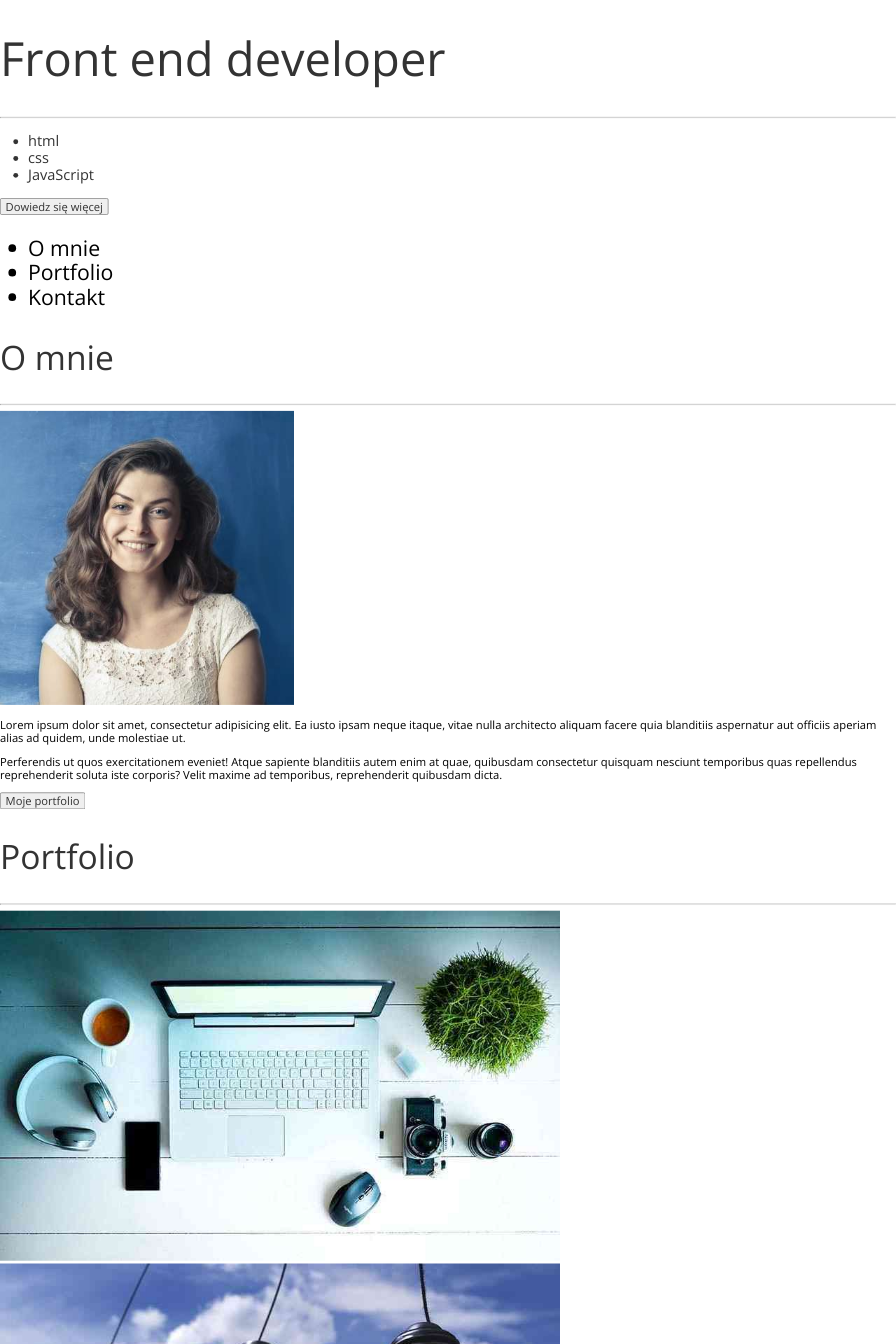
Repository: magdaf41/CSS
Page: zadanie_9/index.html
These files come from the project's save history. The page is drawn as it stood at one moment and after the next save; the edit follows.
The browser window is 1280 px wide. The pictures show the part of the page from y = 0 to 1920 px (the page is 7605 px tall before and 7542 px after), at 70% of full size.

Above is the page before, as saved 2020-08-25 20:16:37.

### zadanie_9/index.html
<!DOCTYPE html>
<html lang="pl">

<head>
    <meta charset="UTF-8">
    <meta name="viewport" content="width=device-width, initial-scale=1.0">
    <title>Portfolio</title>
    <link rel="stylesheet" href="css/normalize.css">

    <link rel="stylesheet" href="https://cdnjs.cloudflare.com/ajax/libs/font-awesome/4.7.0/css/font-awesome.min.css">

    <link href="https://fonts.googleapis.com/css2?family=Open+Sans:wght@300;400&display=swap" rel="stylesheet">

    <link rel="stylesheet" href="css/style.css">
</head>

<body>
    <header id="header">
        <h1>Front end developer</h1>
        <hr>
        <ul class="skills">
            <li>html</li>
            <li>css</li>
            <li>JavaScript</li>
        </ul>
        <button class="button">Dowiedz się więcej</button>
    </header>

    <nav>
        <ul class="menu">
            <li id="aboutMe">O mnie </li>
            <li id="portfolio">Portfolio</li>
            <li id="contact">Kontakt</li>
        </ul>
    </nav>

    <section id="aboutMe">
        <h2 class="title">O mnie</h2>
        <hr>
        <img src="img/about.jpg" alt="moje_zdjęcie">
        <p>Lorem ipsum dolor sit amet, consectetur adipisicing elit. Ea iusto ipsam neque itaque, vitae nulla architecto
            aliquam facere quia blanditiis aspernatur aut officiis aperiam alias ad quidem, unde molestiae ut.</p>
        <p>Perferendis ut quos exercitationem eveniet! Atque sapiente blanditiis autem enim at quae, quibusdam
            consectetur quisquam nesciunt temporibus quas repellendus reprehenderit soluta iste corporis? Velit maxime
            ad temporibus, reprehenderit quibusdam dicta.</p>
        <button class="button">Moje portfolio</button>

    </section>
    <section id="portfolio">
        <h2 class="title">Portfolio</h2>
        <hr>
        <img src="img/portfolio/photo-1.jpg" alt="photo-1">
        <img src="img/portfolio/photo-2.jpg" alt="photo-2">
        <img src="img/portfolio/photo-3.jpg" alt="photo-3">
        <img src="img/portfolio/photo-4.jpg" alt="photo-4">
        <img src="img/portfolio/photo-5.jpg" alt="photo-5">
        <img src="img/portfolio/photo-6.jpg" alt="photo-6">
        <img src="img/portfolio/photo-7.jpg" alt="photo-7">
        <img src="img/portfolio/photo-8.jpg" alt="photo-8">
        <img src="img/portfolio/photo-9.jpg" alt="photo-9">
        <img src="img/portfolio/photo-10.jpg" alt="photo-10">
        <img src="img/portfolio/photo-11.jpg" alt="photo-11">
        <img src="img/portfolio/photo-12.jpg" alt="photo-12">
    </section>

    <section id="contact"></section>
    <h2 class="title">Kontakt</h2>
    <hr>
    <form class="form">
        <input type="text" name="name" id="name" placeholder="Imię">
        <input type="email" name="email" id="email" placeholder="Email">
        <textarea name="message" id="message" placeholder="Wiadomość"></textarea>
        <button type="submit" class="button">Wyślij wiadomość</button>
    </form>

    <a href="#" class="fa fa-facebook"></a>
    <a href="#" class="fa fa-twitter"></a>

    <footer>
        <p>Copyright&copy; Magdalena Falkowska-Legieć
        <p></p>
    </footer>

</body>

</html>

### zadanie_9/css/style.css
* {
    box-sizing: border-box;
    font-family: 'Open Sans', sans-serif;
        font-weight: 400;
}

hr {
    color: blue;
}

h1{


        font-size: 4.2em;

}
#header{
    color: #333;
}
.button{
    color: #333;
}

.skills{
    font-size: 1.3em;
}
.menu {
    font-size: 1.9em;
}
.title{
    font-size: 3em;
    color: #333;
}

Loaded but not shown: zadanie_9/css/normalize.css (library)

After the next save:
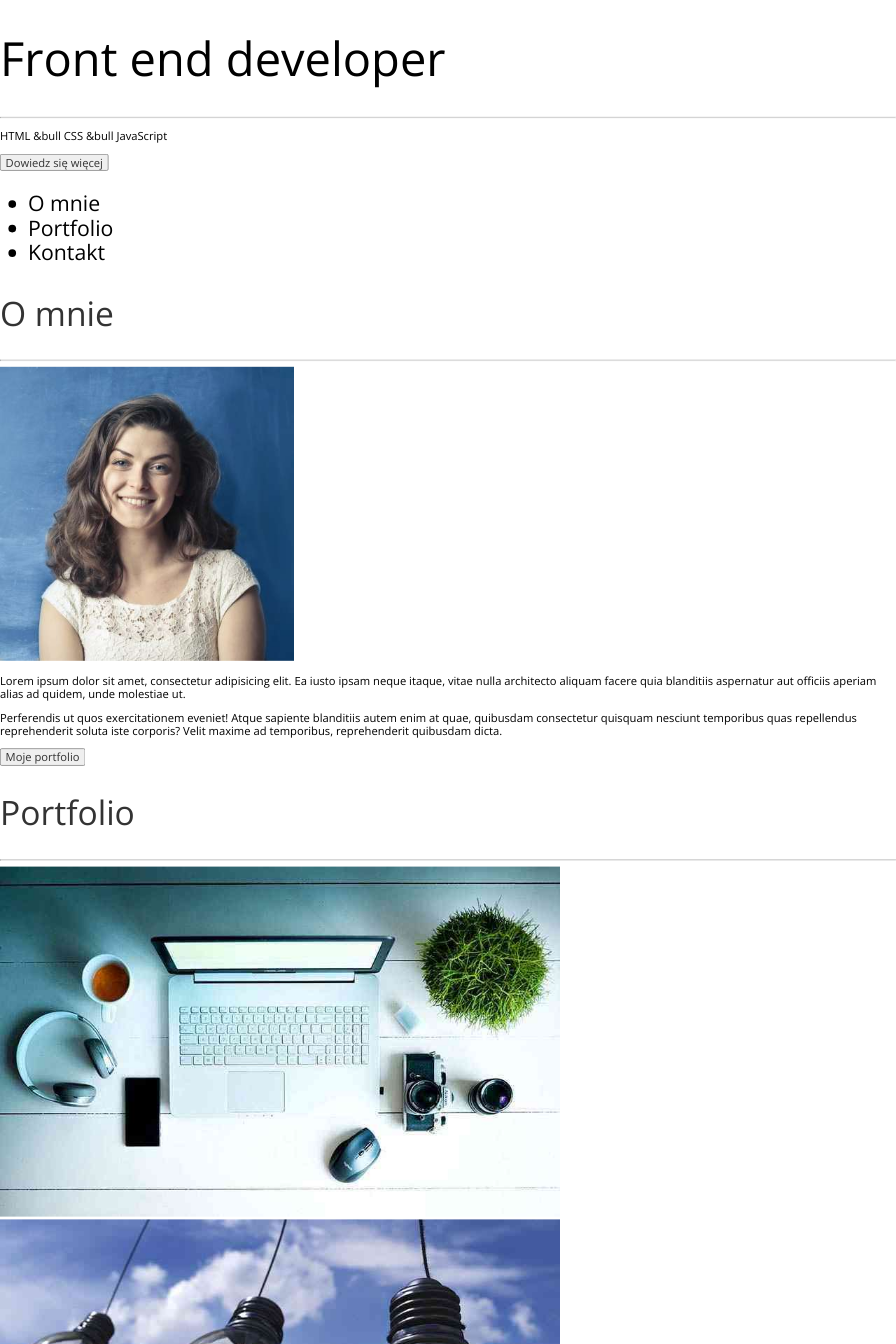
Saved 6 min 40 s later.
--- a/zadanie_9/index.html
+++ b/zadanie_9/index.html
@@ -15,15 +15,14 @@
 </head>
 
 <body>
-    <header id="header">
+    <header class="header">
+        <div class="header-content">
         <h1>Front end developer</h1>
+
         <hr>
-        <ul class="skills">
-            <li>html</li>
-            <li>css</li>
-            <li>JavaScript</li>
-        </ul>
+        <p>HTML <span>&bull</span> CSS <span>&bull</span> JavaScript </p>
         <button class="button">Dowiedz się więcej</button>
+    </div>
     </header>
 
     <nav>
@@ -46,6 +45,7 @@
         <button class="button">Moje portfolio</button>
 
     </section>
+
     <section id="portfolio">
         <h2 class="title">Portfolio</h2>
         <hr>
